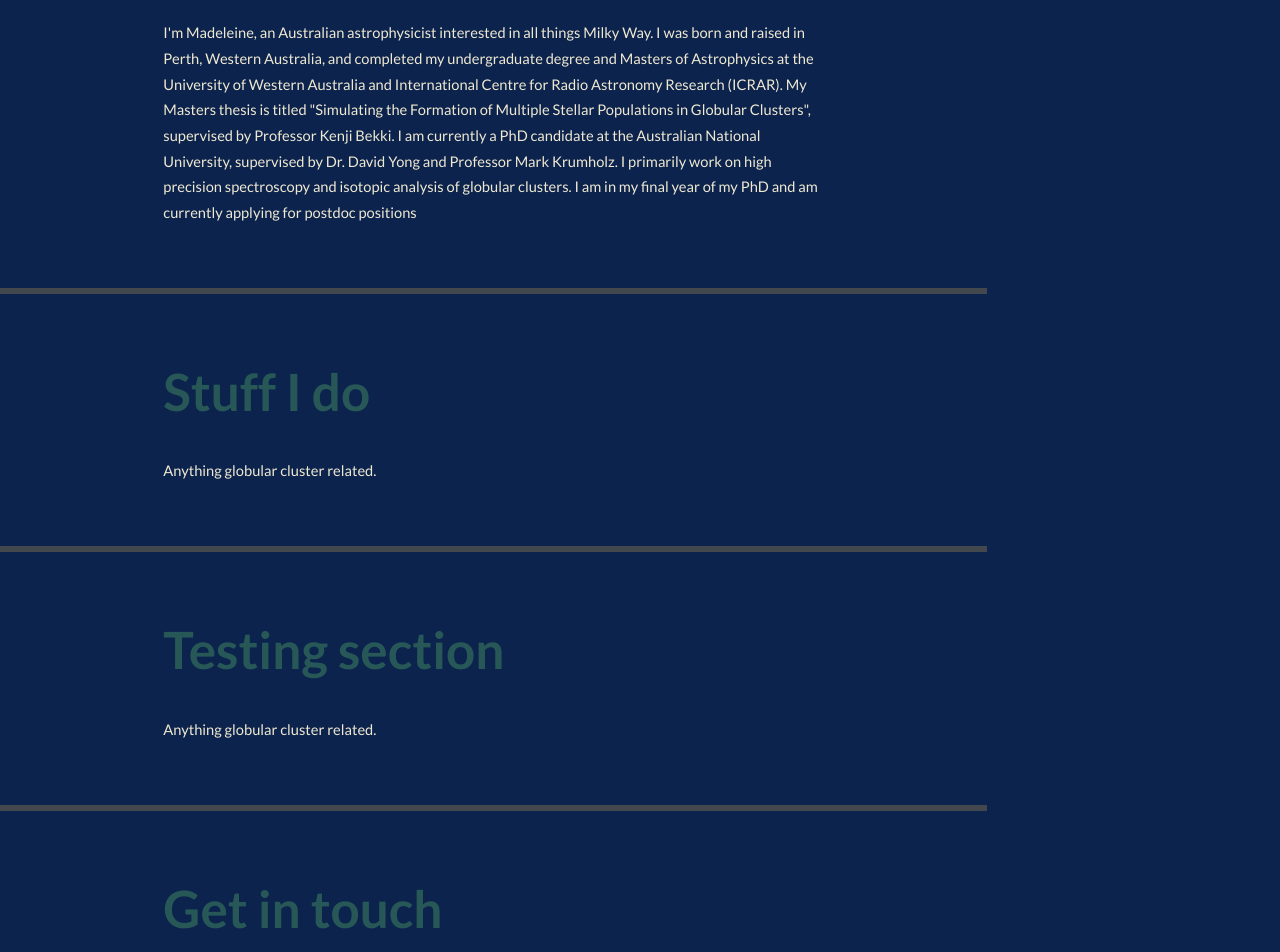
Repository: madeleine-mckenzie/madeleine-mckenzie.github.io
Page: index.html
An editor plug-in stored every save of this project. The page is shown before and after the next save, followed by the edit.
The browser window is 1280 px wide. The pictures show the part of the page from y = 731 to 1683 px (the page is 2107 px tall).
Backgrounds fixed to the window are drawn as part of the page.

Above is the page before, as saved 2023-11-11 19:25:29.

### index.html
<!DOCTYPE HTML>
<!--
    Read Only by HTML5 UP
    html5up.net | @ajlkn
    Free for personal and commercial use under the CCA 3.0 license (html5up.net/license)
-->
<html>
    <head>
        <title>M. McKenzie</title>
        <meta charset="utf-8" />
        <meta name="viewport" content="width=device-width, initial-scale=1, user-scalable=no" />
        <link rel="stylesheet" href="assets/css/main.css" />
        <style>
            /* Custom style */
            body {
                background: url('images/2023_ANU_3MT_20230727_ANU2022 3.jpg') no-repeat center center fixed;
                background-size: cover;
            }
        </style>
    </head>
    <body class="is-preload">

        <!-- Header -->
        <section id="header">
            <header>
                <!-- Avatar image next to name -->
                <span class="image avatar"><img src="images/IG_DP.jpeg" alt="Madeleine L. McKenzie" /></span>
                <h1>Madeleine L. McKenzie</h1>
                <p>PhD candidate at the Australian National University madeleine.mckenzie@anu.edu.au</p>
            </header>
            <nav id="nav">
                <ul>
                    <li><a href="#one" class="active">About</a></li>
                    <li><a href="#two">My Work</a></li>
                    <li><a href="#two">testing</a></li>
                    <li><a href="#three">Contact</a></li>
                </ul>
            </nav>
        </section>

        <!-- Wrapper -->
        <div id="wrapper">

            <!-- Main -->
            <div id="main">

                <!-- One -->
                <section id="one">
                    <div class="image main" data-position="center">
                        <!-- Top banner image -->
                        <img src="images/2023_ANU_3MT_20230727_ANU2022.jpg" alt="" />
                    </div>
                    <div class="container">
                        <header class="major">
                            <h2>Hi...</h2>
                        </header>
                        <p>I'm Madeleine, an Australian astrophysicist interested in all things Milky Way. I was born and raised in Perth, Western Australia,
                            and completed my undergraduate degree and Masters of Astrophysics at the University of Western Australia and International Centre
                            for Radio Astronomy Research (ICRAR). My Masters thesis is titled "Simulating the Formation of Multiple Stellar Populations in Globular Clusters", supervised
                            by Professor Kenji Bekki. I am currently a PhD candidate at the Australian National University, supervised by Dr. David Yong and Professor Mark Krumholz.
                            I primarily work on high precision spectroscopy and isotopic analysis of globular clusters. I am in my final year of my PhD and am currently applying for postdoc positions
                        </p>
                    </div>
                </section>

                <!-- Two -->
                <section id="two">
                    <div class="container">
                        <header class="major">
                            <h2>Stuff I do</h2>
                        </header>
                        <p>Anything globular cluster related.</p>
                        <!-- Icons grid here -->
                    </div>
                </section>

                <!-- three -->
                <section id="three">
                    <div class="container">
                        <header class="major">
                            <h2>Testing section</h2>
                        </header>
                        <p>Anything globular cluster related.</p>
                        <!-- Icons grid here -->
                    </div>
                </section>

                <!-- Three -->
                <section id="three">
                    <div class="container">
                        <header class="major">
                            <h2>Get in touch</h2>
                        </header>
                        <p>University email: <a href="mailto:madeleine.mckenzie@anu.edu.au">madeleine.mckenzie@anu.edu.au</a></p>
                        <p>Gmail: <a href="mailto:madeleine.l.mckenzie@gmail.com">madeleine.l.mckenzie@gmail.com</a></p>
                        <p>Twitter: <a href="https://twitter.com/MadellanicCloud" target="_blank">@MadellanicCloud</a></p>
                    </div>
                </section>

            </div>

            <!-- Footer -->
            <section id="footer">
                <div class="container">
                    <ul class="icons">
                        <!-- Social media icons here -->
                        <li><a href="#" class="icon brands fa-twitter"><span class="label">Twitter</span></a></li>
                        <li><a href="#" class="icon brands fa-facebook-f"><span class="label">Facebook</span></a></li>
                        <li><a href="#" class="icon brands fa-instagram"><span class="label">Instagram</span></a></li>
                        <li><a href="#" class="icon brands fa-github"><span class="label">Github</span></a></li>
                        <li><a href="#" class="icon solid fa-envelope"><span class="label">Email</span></a></li>
                    </ul>
                    <ul class="copyright">
                        <li>&copy; M. McKenzie</li>
                        <li>Design: <a href="http://html5up.net">HTML5 UP</a></li>
                    </ul>
                </div>
            </section>

        </div>

        <!-- Scripts -->
        <script src="assets/js/jquery.min.js"></script>
        <script src="assets/js/jquery.scrollex.min.js"></script>
        <script src="assets/js/jquery.scrolly.min.js"></script>
        <script src="assets/js/browser.min.js"></script>
        <script src="assets/js/breakpoints.min.js"></script>
        <script src="assets/js/util.js"></script>
        <script src="assets/js/main.js"></script>

    </body>
</html>

Loaded but not shown: assets/css/fontawesome-all.min.css (library); assets/js/jquery.min.js (library); assets/js/jquery.scrollex.min.js (common file); assets/js/jquery.scrolly.min.js (common file); assets/js/browser.min.js (common file); assets/js/breakpoints.min.js (common file); assets/js/util.js (587 lines, source omitted); assets/js/main.js (159 lines, source omitted); assets/css/main.css (3340 lines, source omitted)

After the next save:
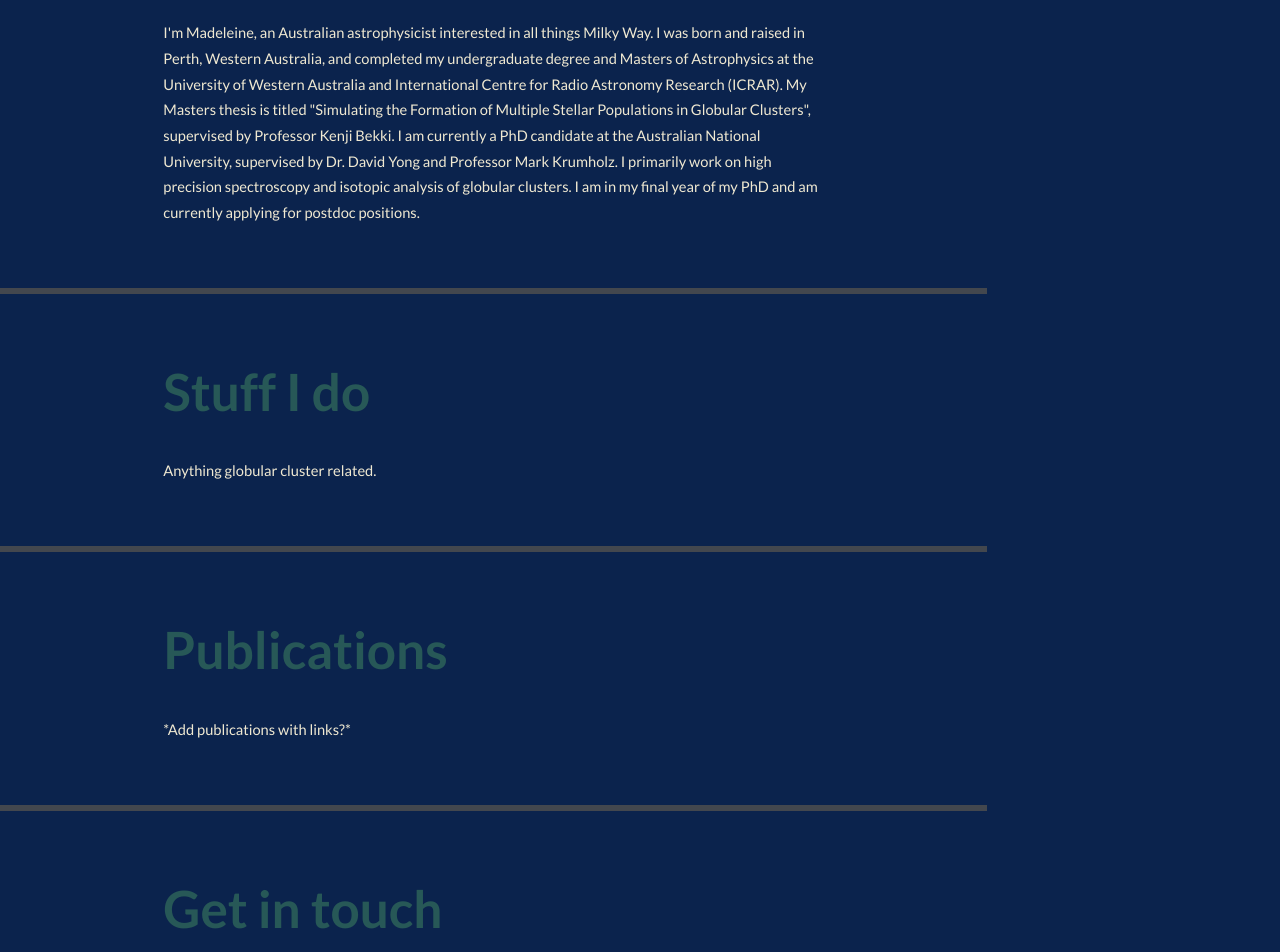
Saved 74 s later.
--- a/index.html
+++ b/index.html
@@ -58,7 +58,7 @@
                             and completed my undergraduate degree and Masters of Astrophysics at the University of Western Australia and International Centre
                             for Radio Astronomy Research (ICRAR). My Masters thesis is titled "Simulating the Formation of Multiple Stellar Populations in Globular Clusters", supervised
                             by Professor Kenji Bekki. I am currently a PhD candidate at the Australian National University, supervised by Dr. David Yong and Professor Mark Krumholz.
-                            I primarily work on high precision spectroscopy and isotopic analysis of globular clusters. I am in my final year of my PhD and am currently applying for postdoc positions
+                            I primarily work on high precision spectroscopy and isotopic analysis of globular clusters. I am in my final year of my PhD and am currently applying for postdoc positions.
                         </p>
                     </div>
                 </section>
@@ -78,9 +78,9 @@
                 <section id="three">
                     <div class="container">
                         <header class="major">
-                            <h2>Testing section</h2>
+                            <h2>Publications</h2>
                         </header>
-                        <p>Anything globular cluster related.</p>
+                        <p>*Add publications with links?*</p>
                         <!-- Icons grid here -->
                     </div>
                 </section>
